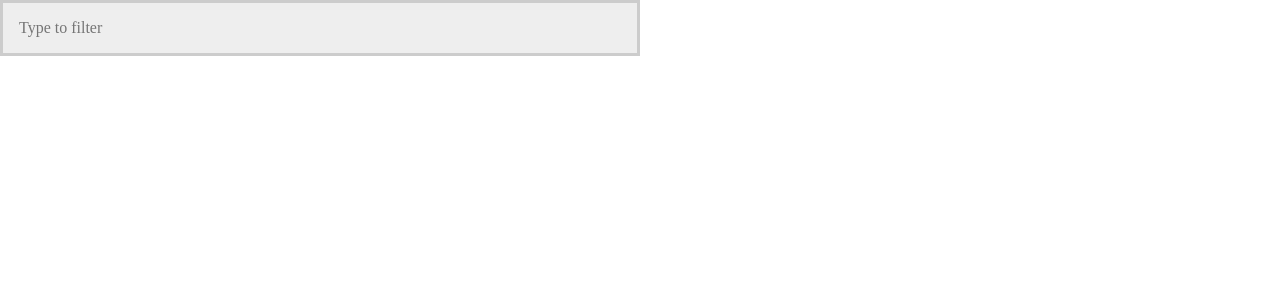
Repository: spihex/stage2-custom-dropdown
Page: index.html
These files come from the project's save history. The page is drawn as it stood at one moment and after the next save; the edit follows.
The browser window is 1280 px wide. The pictures show the whole page.

Above is the page before, as saved 2021-02-08 02:27:12.

After the next save:
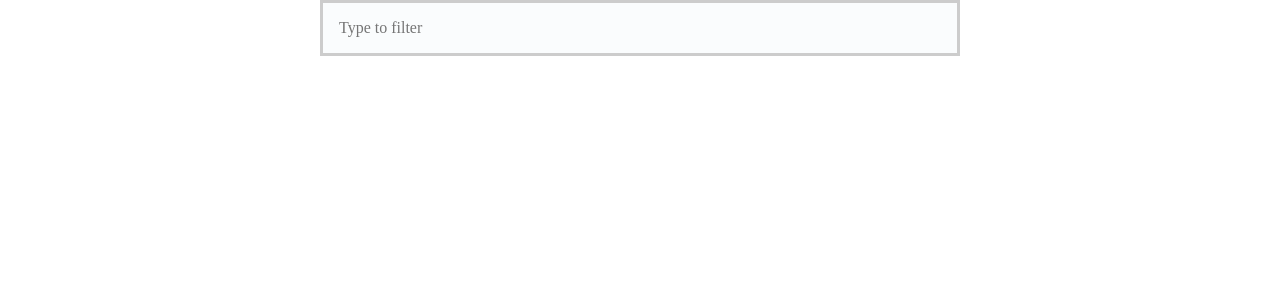
Saved 45 s later.
--- a/css/main.css
+++ b/css/main.css
@@ -1,3 +1,9 @@
+body {
+    display: flex;
+    align-items: center;
+    justify-content: center;
+}
+
 .dropdown {
     position: relative;
     width: 50%;
@@ -32,7 +38,6 @@
 .dropdown__list.open {
     max-height: 320px;
     border: 3px solid #ccc;
-    border-top: 0;
     overflow: auto;
 }
 
